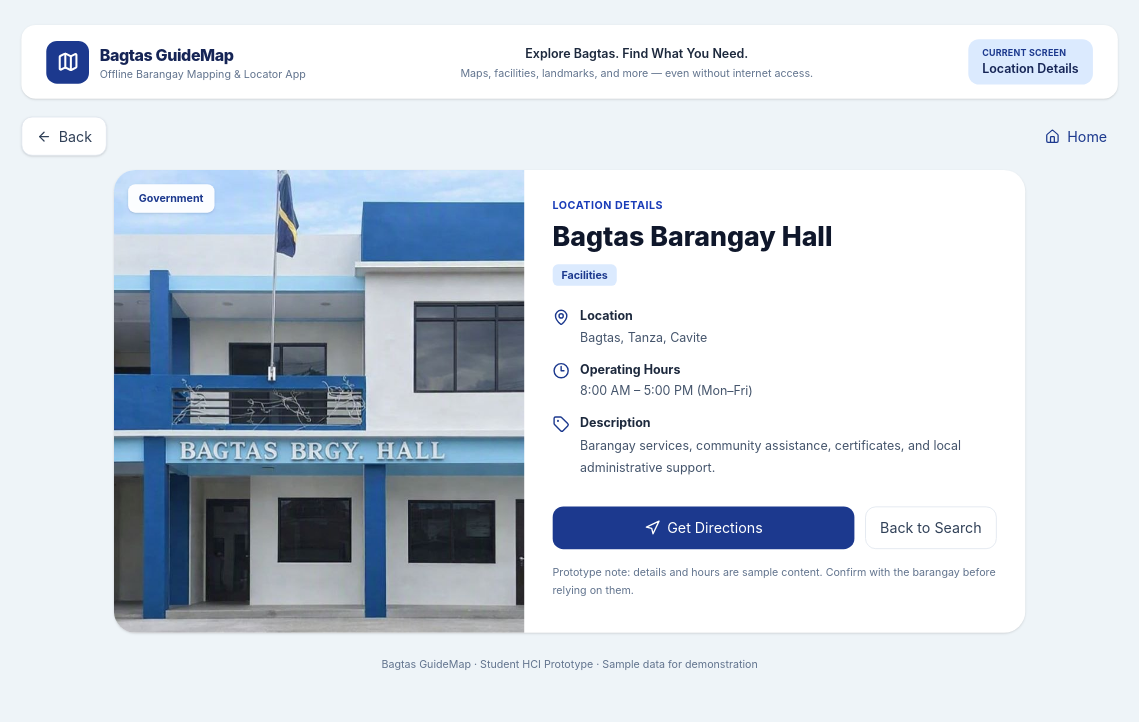
Repository: JulyoGit/Pansoy-high-fidelity-prototype
Page: /details
An editor plug-in stored every save of this project. The page is shown before and after the next save, followed by the edit.
The browser window is 1280 px wide. The pictures show the whole page, at 89% of full size.
The project was rebuilt for these pictures with package versions that can differ from the ones it lists, and the page was loaded fresh each time. Also part of the build but not shown: vite.config.js, src/components/QuickAccess.jsx, src/components/MapPreview.jsx, src/screens/Home.jsx, src/components/LocationCard.jsx, src/screens/Search.jsx, src/screens/Map.jsx, src/screens/Emergency.jsx and 1 more.

Above is the page before, as saved 2026-10-16 16:29:52.

### index.html
<!doctype html>
<html lang="en">
  <head>
    <meta charset="UTF-8" />
    <meta name="viewport" content="width=device-width, initial-scale=1.0" />
    <meta name="theme-color" content="#1e3a8a" />
    <title>Bagtas GuideMap</title>
  </head>
  <body>
    <div id="root"></div>
    <script type="module" src="/src/main.jsx"></script>
  </body>
</html>

### src/main.jsx
import React from "react";
import { createRoot } from "react-dom/client";
import { BrowserRouter } from "react-router-dom";
import App from "./App";
import "./index.css";

createRoot(document.getElementById("root")).render(
  <React.StrictMode>
    <BrowserRouter>
      <App />
    </BrowserRouter>
  </React.StrictMode>
);

### src/App.jsx
import { Navigate, Route, Routes } from "react-router-dom";
import Layout from "./components/Layout";
import Home from "./screens/Home";
import Search from "./screens/Search";
import MapScreen from "./screens/Map";
import Details from "./screens/Details";
import Emergency from "./screens/Emergency";
import Confirmation from "./screens/Confirmation";

export default function App() {
  return (
    <Layout>
      <Routes>
        <Route path="/" element={<Home />} />
        <Route path="/search" element={<Search />} />
        <Route path="/map" element={<MapScreen />} />
        <Route path="/details" element={<Details />} />
        <Route path="/emergency" element={<Emergency />} />
        <Route path="/confirmation" element={<Confirmation />} />
        <Route path="*" element={<Navigate to="/" replace />} />
      </Routes>
    </Layout>
  );
}

### src/index.css
@import "tailwindcss";

:root {
  font-family: Inter, ui-sans-serif, system-ui, -apple-system, BlinkMacSystemFont, "Segoe UI", sans-serif;
  color: #172554;
  background: #eef4f8;
  font-synthesis: none;
  text-rendering: optimizeLegibility;
}

* {
  box-sizing: border-box;
}

body {
  margin: 0;
  min-width: 320px;
  min-height: 100vh;
}

button, input {
  font: inherit;
}

button:focus-visible, a:focus-visible, input:focus-visible {
  outline: 3px solid #93c5fd;
  outline-offset: 3px;
}

.map-grid {
  background-color: #e9f1e7;
  background-image:
    linear-gradient(32deg, transparent 44%, #ffffff 44%, #ffffff 48%, transparent 48%),
    linear-gradient(120deg, transparent 28%, #d2dfec 28%, #d2dfec 31%, transparent 31%),
    linear-gradient(90deg, transparent 48%, #ffffff 48%, #ffffff 53%, transparent 53%),
    linear-gradient(0deg, transparent 65%, #ffffff 65%, #ffffff 70%, transparent 70%);
  background-size: 180px 150px, 210px 190px, 125px 115px, 145px 130px;
}

.route-line {
  clip-path: polygon(0 90%, 22% 90%, 22% 54%, 55% 54%, 55% 22%, 82% 22%, 82% 0, 100% 0, 100% 9%, 88% 9%, 88% 31%, 62% 31%, 62% 63%, 29% 63%, 29% 100%, 0 100%);
}

### src/components/Layout.jsx
import { ArrowLeft, Home } from "lucide-react";
import { useLocation, useNavigate } from "react-router-dom";
import Brand from "./Brand";

const screenNames = {
  "/": "Home",
  "/search": "Search",
  "/map": "Map / Route",
  "/details": "Location Details",
  "/emergency": "Emergency Directory",
  "/confirmation": "Confirmation"
};

export default function Layout({ children }) {
  const navigate = useNavigate();
  const location = useLocation();
  const isHome = location.pathname === "/";

  return (
    <div className="min-h-screen bg-[#eef4f8] px-3 py-4 sm:px-6 sm:py-7">
      <div className="mx-auto max-w-7xl">
        <header className="mb-5 flex flex-wrap items-center justify-between gap-4 rounded-2xl bg-white px-5 py-4 shadow-sm sm:px-7">
          <Brand />
          <div className="hidden text-center md:block">
            <p className="text-sm font-semibold text-slate-800">Explore Bagtas. Find What You Need.</p>
            <p className="mt-1 text-xs text-slate-500">Maps, facilities, landmarks, and more — even without internet access.</p>
          </div>
          <div className="rounded-xl bg-blue-100 px-4 py-2">
            <p className="text-[10px] font-bold uppercase tracking-wide text-blue-900">Current Screen</p>
            <p className="text-sm font-semibold text-blue-950">{screenNames[location.pathname] || "Bagtas GuideMap"}</p>
          </div>
        </header>

        {!isHome && (
          <div className="mb-4 flex items-center justify-between">
            <button onClick={() => navigate(-1)} className="inline-flex min-h-11 items-center gap-2 rounded-xl border border-slate-200 bg-white px-4 text-sm font-semibold text-slate-700 shadow-sm transition hover:bg-slate-50">
              <ArrowLeft size={17} /> Back
            </button>
            <button onClick={() => navigate("/")} className="inline-flex min-h-11 items-center gap-2 rounded-xl px-3 text-sm font-semibold text-blue-900 transition hover:bg-blue-100">
              <Home size={17} /> Home
            </button>
          </div>
        )}

        <main>{children}</main>
        <footer className="py-7 text-center text-xs text-slate-500">
          Bagtas GuideMap · Student HCI Prototype · Sample data for demonstration
        </footer>
      </div>
    </div>
  );
}

### src/screens/Details.jsx
import { Clock3, MapPin, Navigation, Tag } from "lucide-react";
import { useNavigate, useSearchParams } from "react-router-dom";
import { locations } from "../data/locations";

export default function Details() {
  const navigate = useNavigate();
  const [params] = useSearchParams();
  const location = locations.find((item) => item.id === Number(params.get("location"))) || locations[0];

  return (
    <div className="mx-auto grid max-w-5xl overflow-hidden rounded-3xl bg-white shadow-sm md:grid-cols-[0.9fr_1.1fr]">
      <div className="relative min-h-64 bg-slate-100 md:min-h-[520px]">
        <img src={location.image} alt={`Illustrative photo for ${location.name}`} className="h-full min-h-64 w-full object-cover" onError={(event) => { event.currentTarget.style.display = "none"; }} />
        <div className="absolute left-4 top-4 rounded-lg bg-white/95 px-3 py-2 text-xs font-bold text-blue-900 shadow">{location.type}</div>
      </div>
      <div className="p-6 sm:p-8">
        <p className="text-xs font-bold uppercase tracking-wider text-blue-800">Location Details</p>
        <h1 className="mt-2 text-2xl font-extrabold leading-tight text-slate-900 sm:text-3xl">{location.name}</h1>
        <span className="mt-3 inline-flex rounded-md bg-blue-100 px-2.5 py-1 text-xs font-bold text-blue-900">{location.category}</span>
        <div className="mt-6 space-y-4">
          <div className="flex gap-3">
            <MapPin size={19} className="mt-0.5 shrink-0 text-blue-900" />
            <div><p className="text-sm font-bold text-slate-800">Location</p><p className="mt-1 text-sm text-slate-600">{location.address}</p></div>
          </div>
          <div className="flex gap-3">
            <Clock3 size={19} className="mt-0.5 shrink-0 text-blue-900" />
            <div><p className="text-sm font-bold text-slate-800">Operating Hours</p><p className="mt-1 text-sm text-slate-600">{location.hours}</p></div>
          </div>
          <div className="flex gap-3">
            <Tag size={19} className="mt-0.5 shrink-0 text-blue-900" />
            <div><p className="text-sm font-bold text-slate-800">Description</p><p className="mt-1 text-sm leading-6 text-slate-600">{location.description}</p></div>
          </div>
        </div>
        <div className="mt-8 flex flex-col gap-3 sm:flex-row">
          <button onClick={() => navigate(`/map?location=${location.id}`)} className="flex min-h-12 flex-1 items-center justify-center gap-2 rounded-xl bg-blue-900 px-4 text-sm font-bold text-white hover:bg-blue-800"><Navigation size={18} /> Get Directions</button>
          <button onClick={() => navigate("/search")} className="min-h-12 rounded-xl border border-slate-200 px-4 text-sm font-bold text-slate-700 hover:bg-slate-50">Back to Search</button>
        </div>
        <p className="mt-4 text-xs leading-5 text-slate-500">Prototype note: details and hours are sample content. Confirm with the barangay before relying on them.</p>
      </div>
    </div>
  );
}

### src/components/Brand.jsx
import { Map } from "lucide-react";

export default function Brand({ compact = false }) {
  return (
    <div className="flex items-center gap-3">
      <div className="flex h-12 w-12 shrink-0 items-center justify-center rounded-xl bg-blue-900 text-white">
        <Map size={25} strokeWidth={2.2} />
      </div>
      <div>
        <p className="text-lg font-extrabold tracking-tight text-blue-950">Bagtas GuideMap</p>
        {!compact && <p className="text-xs text-slate-500">Offline Barangay Mapping & Locator App</p>}
      </div>
    </div>
  );
}

### src/data/locations.js
export const locations = [
  {
    id: 1,
    name: "Bagtas Barangay Hall",
    category: "Facilities",
    type: "Government",
    address: "Bagtas, Tanza, Cavite",
    hours: "8:00 AM – 5:00 PM (Mon–Fri)",
    description: "Barangay services, community assistance, certificates, and local administrative support.",
    distance: "1.2 km",
    minutes: "4 min",
    image: "/images/barangayhall.jpg",
    icon: "building"
  },
  {
    id: 2,
    name: "Bagtas Health Center",
    category: "Emergency",
    type: "Health",
    address: "Bagtas, Tanza, Cavite",
    hours: "8:00 AM – 5:00 PM (Mon–Sat)",
    description: "Community health services, basic consultations, and public health assistance.",
    distance: "1.5 km",
    minutes: "5 min",
    image: "/images/healthcenter.jpg",
    icon: "health"
  },
  {
    id: 3,
    name: "Antonio B Del Rosario Sr. Memorial Elementary School",
    category: "Housing",
    type: "Education",
    address: "Bagtas, Tanza, Cavite",
    hours: "7:00 AM – 4:00 PM (Mon–Fri)",
    description: "Local public elementary school serving learners and families in the barangay.",
    distance: "850 m",
    minutes: "3 min",
    image: "/images/elementary.jpg",
    icon: "school"
  },
  {
    id: 4,
    name: "Bagtas Covered Court",
    category: "Facilities",
    type: "Community",
    address: "Bagtas, Tanza, Cavite",
    hours: "6:00 AM – 9:00 PM (daily)",
    description: "Community venue for sports, meetings, barangay programs, and public activities.",
    distance: "600 m",
    minutes: "2 min",
    image: "/images/court.jpg",
    icon: "court"
  }
];

export const emergencyContacts = [
  { name: "Emergency Hotline", role: "General emergency assistance", number: "911", icon: "alert" },
  { name: "Barangay Hall", role: "Barangay assistance and local response", number: "(046) 000-0000", icon: "building" },
  { name: "Bagtas Health Center", role: "Health-related assistance", number: "(046) 000-0001", icon: "health" },
  { name: "Police Assistance", role: "Police and public safety", number: "(046) 000-0002", icon: "shield" }
];

After the next save:
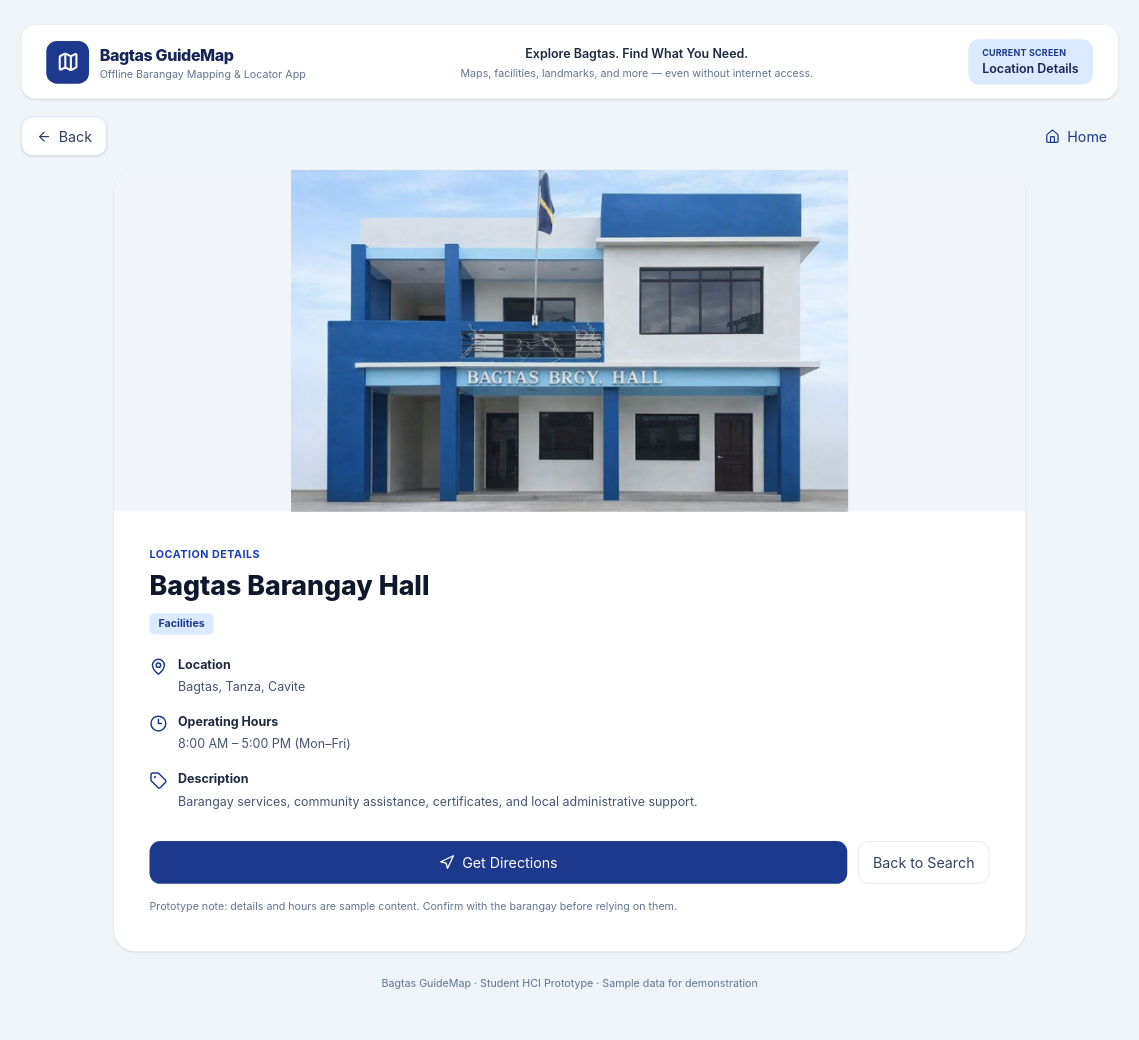
Saved 6 min 6 s later.
--- a/src/screens/Details.jsx
+++ b/src/screens/Details.jsx
@@ -1,3 +1,4 @@
+
 import { Clock3, MapPin, Navigation, Tag } from "lucide-react";
 import { useNavigate, useSearchParams } from "react-router-dom";
 import { locations } from "../data/locations";
@@ -5,37 +6,92 @@ import { locations } from "../data/locations";
 export default function Details() {
   const navigate = useNavigate();
   const [params] = useSearchParams();
-  const location = locations.find((item) => item.id === Number(params.get("location"))) || locations[0];
+
+  const location =
+    locations.find((item) => item.id === Number(params.get("location"))) ||
+    locations[0];
 
   return (
-    <div className="mx-auto grid max-w-5xl overflow-hidden rounded-3xl bg-white shadow-sm md:grid-cols-[0.9fr_1.1fr]">
-      <div className="relative min-h-64 bg-slate-100 md:min-h-[520px]">
-        <img src={location.image} alt={`Illustrative photo for ${location.name}`} className="h-full min-h-64 w-full object-cover" onError={(event) => { event.currentTarget.style.display = "none"; }} />
-        <div className="absolute left-4 top-4 rounded-lg bg-white/95 px-3 py-2 text-xs font-bold text-blue-900 shadow">{location.type}</div>
+    <div className="mx-auto max-w-5xl overflow-hidden rounded-3xl bg-white shadow-sm">
+      <div className="relative h-56 w-full bg-slate-100 sm:h-72 md:h-96">
+        <img
+          src={location.image}
+          alt={`Photo of ${location.name}`}
+          className="h-full w-full object-contain bg-slate-100"
+          onError={(event) => {
+            event.currentTarget.style.display = "none";
+          }}
+        />
       </div>
-      <div className="p-6 sm:p-8">
-        <p className="text-xs font-bold uppercase tracking-wider text-blue-800">Location Details</p>
-        <h1 className="mt-2 text-2xl font-extrabold leading-tight text-slate-900 sm:text-3xl">{location.name}</h1>
-        <span className="mt-3 inline-flex rounded-md bg-blue-100 px-2.5 py-1 text-xs font-bold text-blue-900">{location.category}</span>
-        <div className="mt-6 space-y-4">
+
+      <div className="p-5 sm:p-8 md:p-10">
+        <p className="text-xs font-bold uppercase tracking-wider text-blue-800">
+          Location Details
+        </p>
+
+        <h1 className="mt-2 text-2xl font-extrabold leading-tight text-slate-900 sm:text-3xl">
+          {location.name}
+        </h1>
+
+        <span className="mt-3 inline-flex rounded-md bg-blue-100 px-2.5 py-1 text-xs font-bold text-blue-900">
+          {location.category}
+        </span>
+
+        <div className="mt-6 space-y-5">
           <div className="flex gap-3">
-            <MapPin size={19} className="mt-0.5 shrink-0 text-blue-900" />
-            <div><p className="text-sm font-bold text-slate-800">Location</p><p className="mt-1 text-sm text-slate-600">{location.address}</p></div>
+            <MapPin size={20} className="mt-0.5 shrink-0 text-blue-900" />
+            <div>
+              <p className="text-sm font-bold text-slate-800">Location</p>
+              <p className="mt-1 text-sm text-slate-600">
+                {location.address}
+              </p>
+            </div>
           </div>
+
           <div className="flex gap-3">
-            <Clock3 size={19} className="mt-0.5 shrink-0 text-blue-900" />
-            <div><p className="text-sm font-bold text-slate-800">Operating Hours</p><p className="mt-1 text-sm text-slate-600">{location.hours}</p></div>
+            <Clock3 size={20} className="mt-0.5 shrink-0 text-blue-900" />
+            <div>
+              <p className="text-sm font-bold text-slate-800">
+                Operating Hours
+              </p>
+              <p className="mt-1 text-sm text-slate-600">
+                {location.hours}
+              </p>
+            </div>
           </div>
+
           <div className="flex gap-3">
-            <Tag size={19} className="mt-0.5 shrink-0 text-blue-900" />
-            <div><p className="text-sm font-bold text-slate-800">Description</p><p className="mt-1 text-sm leading-6 text-slate-600">{location.description}</p></div>
+            <Tag size={20} className="mt-0.5 shrink-0 text-blue-900" />
+            <div>
+              <p className="text-sm font-bold text-slate-800">Description</p>
+              <p className="mt-1 text-sm leading-6 text-slate-600">
+                {location.description}
+              </p>
+            </div>
           </div>
         </div>
+
         <div className="mt-8 flex flex-col gap-3 sm:flex-row">
-          <button onClick={() => navigate(`/map?location=${location.id}`)} className="flex min-h-12 flex-1 items-center justify-center gap-2 rounded-xl bg-blue-900 px-4 text-sm font-bold text-white hover:bg-blue-800"><Navigation size={18} /> Get Directions</button>
-          <button onClick={() => navigate("/search")} className="min-h-12 rounded-xl border border-slate-200 px-4 text-sm font-bold text-slate-700 hover:bg-slate-50">Back to Search</button>
+          <button
+            onClick={() => navigate(`/map?location=${location.id}`)}
+            className="flex min-h-12 flex-1 items-center justify-center gap-2 rounded-xl bg-blue-900 px-4 text-sm font-bold text-white hover:bg-blue-800"
+          >
+            <Navigation size={18} />
+            Get Directions
+          </button>
+
+          <button
+            onClick={() => navigate("/search")}
+            className="min-h-12 rounded-xl border border-slate-200 px-4 text-sm font-bold text-slate-700 hover:bg-slate-50"
+          >
+            Back to Search
+          </button>
         </div>
-        <p className="mt-4 text-xs leading-5 text-slate-500">Prototype note: details and hours are sample content. Confirm with the barangay before relying on them.</p>
+
+        <p className="mt-4 text-xs leading-5 text-slate-500">
+          Prototype note: details and hours are sample content. Confirm with
+          the barangay before relying on them.
+        </p>
       </div>
     </div>
   );
